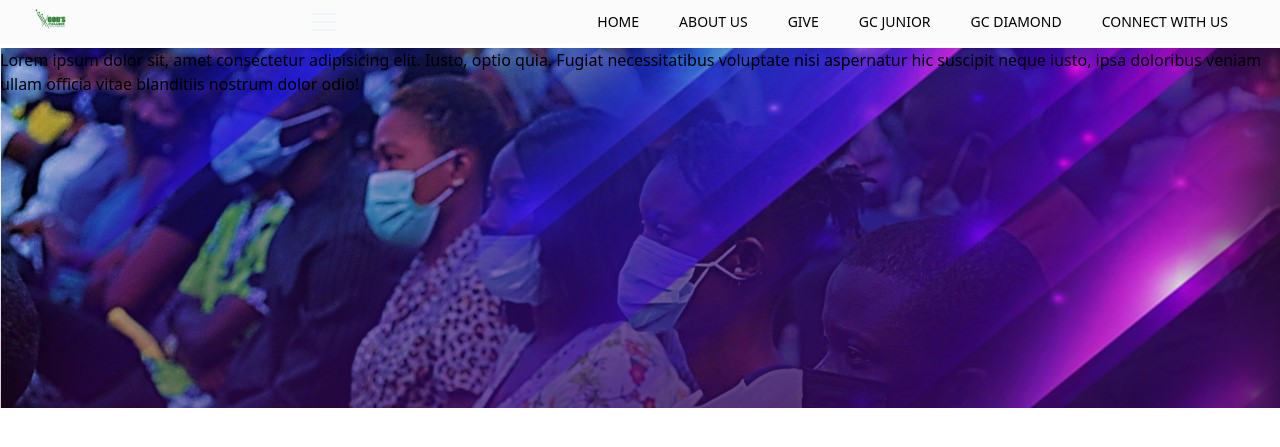
Repository: hisreal123/godschamber-church-main
Page: /
These files come from the project's save history. The page is drawn as it stood at one moment and after a run of saves; the edit follows.
The browser window is 1280 px wide. The pictures show the whole page.
The project was rebuilt for these pictures with package versions that can differ from the ones it lists, and the page was loaded fresh each time. The framework's server and built-in components were replaced by stand-ins that run in the browser. Also part of the build but not shown: next.config.js.

Above is the page before, as saved 2022-08-14 22:22:35.

### pages/index.tsx
import type { NextPage } from "next";
import Head from "next/head";
import Banner from "../components/Banner";
import Footer from "../components/Footer";

import Header from "../components/Header";

const Home: NextPage = () => {
  return (
    <div className="">
      <Head>
        <title>Create Next App</title>
        <meta name="description" content="Generated by create next app" />
        <link rel="icon" href="/favicon.ico" />
      </Head>

      <Header />
      <p>Hi</p>
      <Footer />
      <Banner />
    </div>
  );
};

export default Home;

### components/Banner.tsx
import React from "react";

const Banner = () => {
  return (
    <div className=" bg-image bg-no-repeat  relative h-[360px] ">
      Lorem ipsum dolor sit, amet consectetur adipisicing elit. Iusto, optio
      quia. Fugiat necessitatibus voluptate nisi aspernatur hic suscipit neque
      iusto, ipsa doloribus veniam ullam officia vitae blanditiis nostrum dolor
      odio!
    </div>
  );
};

export default Banner;

### components/Header.tsx
import React, { useState, useEffect } from "react";
import logo from "/public/assets/PageLogo.png";
import Nav from "./Navs";
import Image from "next/image";
import { BiMenu } from "react-icons/bi";
import HamBuger from "./HamBuger";

const Header = () => {
  const [toggle, setToggle] = useState(true);

  // function to handle toggle and set toggle to opposite of it
  const handleToggle = () => {
    setToggle(!toggle);
  };

  useEffect(() => {
    console.log(" Consoled !!!");
  }, []);

  //  variable style for CustomStyle from ListItems Component
  const LinkStyle =
    " w-full block py-3 px-0 hover:text-white hover:bg-[#0C4E12] pl-2 text-sm md:px-5 md:m-0 md:bg-[transparent]";

  return (
    <div className="z-10 fixed top-0 w-full bg-[#FBFBFB] md:flex justify-between md:items-center ">
      <div className="mobile bg-[#222222] md:bg-[#fbfbfb] relative flex items-center  px-3 justify-between w-full md:px-8   ">
        <a href="http://www.facebok.com" className="">
          <Image
            src={logo}
            alt=" Page logo"
            height="35"
            width="38"
            // layout=" fixed "
            objectFit="contain"
          />
        </a>

        {/* <div className=" md:hidden" onClick={handleToggle}>
          <BiMenu size="2rem" color="white" />
        </div> */}

        <HamBuger handleClick={handleToggle} />

        <div className="hidden md:flex md:items-center transition-all">
          <Nav url="www.fb.com " item="HOME" CustomStyle={LinkStyle} />
          <Nav url="www.fb.com " item="ABOUT US" CustomStyle={LinkStyle} />
          <Nav url="www.fb.com " item="GIVE" CustomStyle={LinkStyle} />
          <Nav url="www.fb.com " item="GC JUNIOR" CustomStyle={LinkStyle} />
          <Nav url="www.fb.com " item="GC DIAMOND" CustomStyle={LinkStyle} />
          <Nav
            url="www.fb.com "
            item="CONNECT WITH US "
            CustomStyle={LinkStyle}
          />
        </div>
      </div>

      {/* nav List */}
      {!toggle && (
        <div className="transition-all">
          <Nav url="www.fb.com " item="HOME" CustomStyle={LinkStyle} />
          <Nav url="www.fb.com " item="ABOUT US" CustomStyle={LinkStyle} />
          <Nav url="www.fb.com " item="GIVE" CustomStyle={LinkStyle} />
          <Nav url="www.fb.com " item="GC JUNIOR" CustomStyle={LinkStyle} />
          <Nav url="www.fb.com " item="GC DIAMOND" CustomStyle={LinkStyle} />
        </div>
      )}
    </div>
  );
};

export default Header;

### components/Navs.tsx
import React from "react";
import ListItems from "./ListItems";
import { NavProps } from "./NavProps";

const Nav = (props: NavProps) => {
  return (
    <nav className="">
      <ListItems
        url={props.url}
        item={props.item}
        CustomStyle={props.CustomStyle}
      />
    </nav>
  );
};

export default Nav;

// TODO: Passed the  Listitem into this Parent component and passed same to Header Component ,since we could reuse the ListItem component in the Footer also

### components/HamBuger.tsx
import React, { useState } from "react";

// TODO: Fix toggle from whatever

type HamBugerProps = {
  handleClick: () => {};
  toggle: string;
};
const HamBuger: React.FC<HamBugerProps> = ({ handleClick, toggle }) => {
  const [swap, setSwap] = useState(true);

  return (
    <div className="group" onClick={handleClick}>
      <div className=" bg-slate-100 h-[.1rem] w-6 mb-[.4rem] group-hover:mt-[.3rem] group-hover:rotate-[45deg] group-hover:m-0 "></div>
      <div className=" bg-slate-100 h-[.1rem] w-6  group-hover:mb-[.3rem ] group-hover:bg-red-400 group-hover:-rotate-[45deg]"></div>
      <div className=" bg-slate-100 h-[.1rem] w-6  mt-[.4rem] group-hover:hidden"></div>
    </div>
  );
};

export default HamBuger;

### components/ListItems.tsx
import React from "react";
import { NavProps } from "./NavProps";

const ListItems = (props: NavProps) => {
  return (
    <div className=" ">
      <a href={props.url} key={props.item} className={props.CustomStyle}>
        {props.item}
      </a>
    </div>
  );
};

export default ListItems;

### tailwind.config.js
/** @type {import('tailwindcss').Config} */
module.exports = {
  content: [
    "./pages/**/*.{js,ts,jsx,tsx}",
    "./components/**/*.{js,ts,jsx,tsx}",
  ],
  theme: {
    extend: {
      backgroundImage: {
        image: "url('/public/assets/banner.jpg')",
      },
    },
  },
  plugins: [],
};

Loaded but not shown: pages/_app.tsx (common file); styles/globals.css (common file); components/Footer.tsx (common file)

After the next 2 saves:
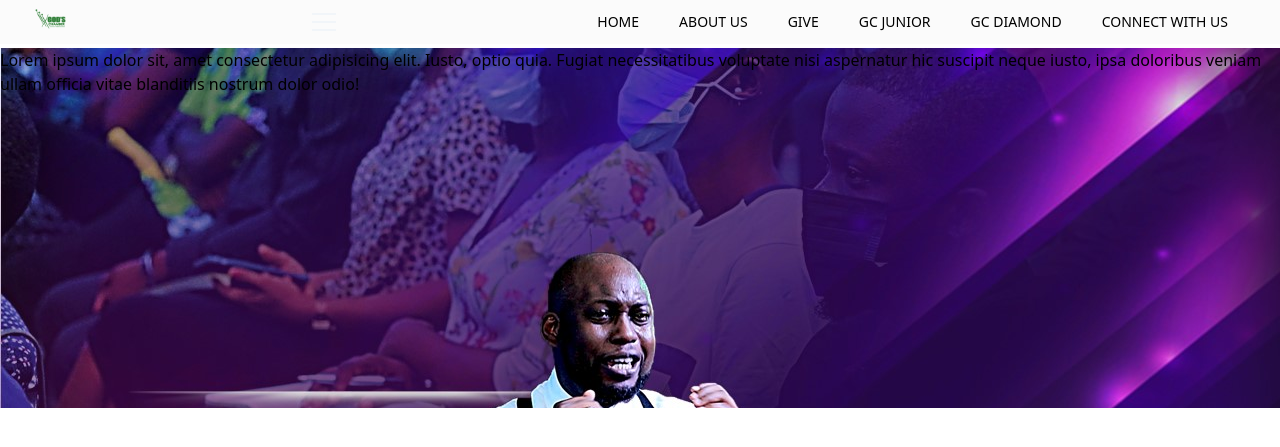
The 2 saves are shown as one change because they came seconds apart.
The last was saved 8 s later.
--- a/components/Banner.tsx
+++ b/components/Banner.tsx
@@ -2,7 +2,7 @@ import React from "react";
 
 const Banner = () => {
   return (
-    <div className=" bg-image bg-no-repeat  relative h-[360px] ">
+    <div className=" bg-image bg-no-repeat bg-center relative h-[360px] ">
       Lorem ipsum dolor sit, amet consectetur adipisicing elit. Iusto, optio
       quia. Fugiat necessitatibus voluptate nisi aspernatur hic suscipit neque
       iusto, ipsa doloribus veniam ullam officia vitae blanditiis nostrum dolor
